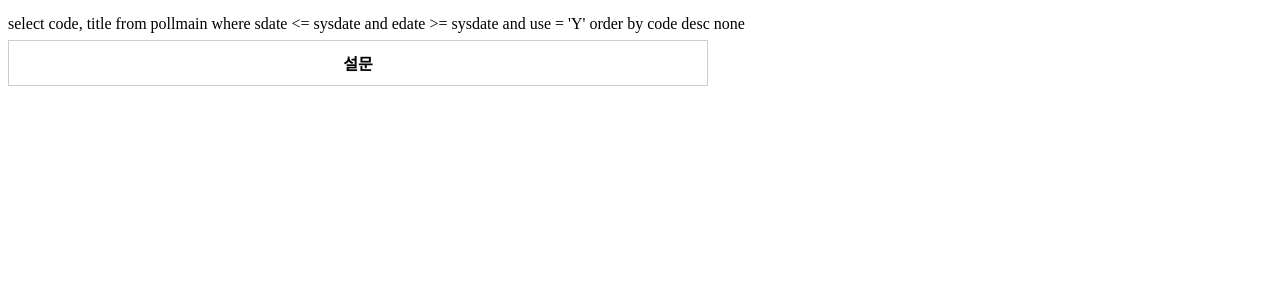
Repository: kgh2037/study
Page: http://localhost/project_servlet1/poll/main.jsp
An editor plug-in stored every save of this project. The page is shown before and after the next save, followed by the edit.
The browser window is 1280 px wide. The pictures show the whole page.
The page is served by Tomcat 9. Queries for data that is not in the repository find no rows.

Above is the page before, as saved 2023-07-10 04:48:29.

After the next save:
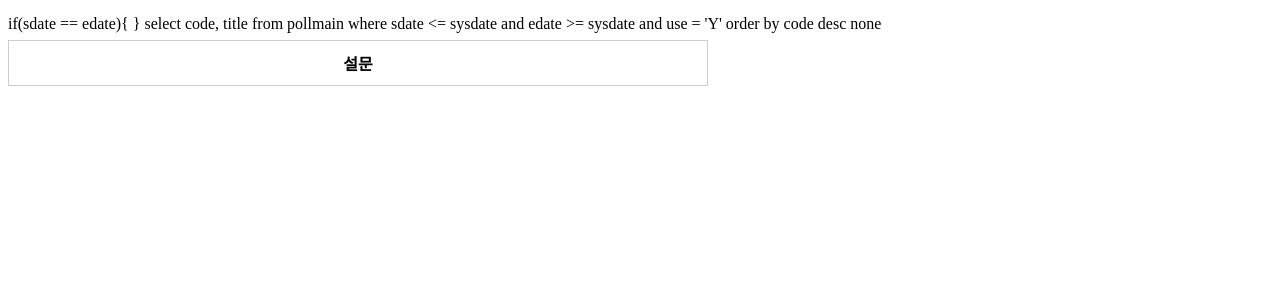
Saved 32 s later.
--- a/project_servlet1/src/main/webapp/poll/main.jsp
+++ b/project_servlet1/src/main/webapp/poll/main.jsp
@@ -10,6 +10,9 @@ String sql2 = "select sdate, edate from pollmain";
 Statement stmt = connect.createStatement();
 ResultSet rs2 = stmt.executeQuery(sql2);
 %>
+	if(sdate == edate){
+
+	}
 
 
 <%
